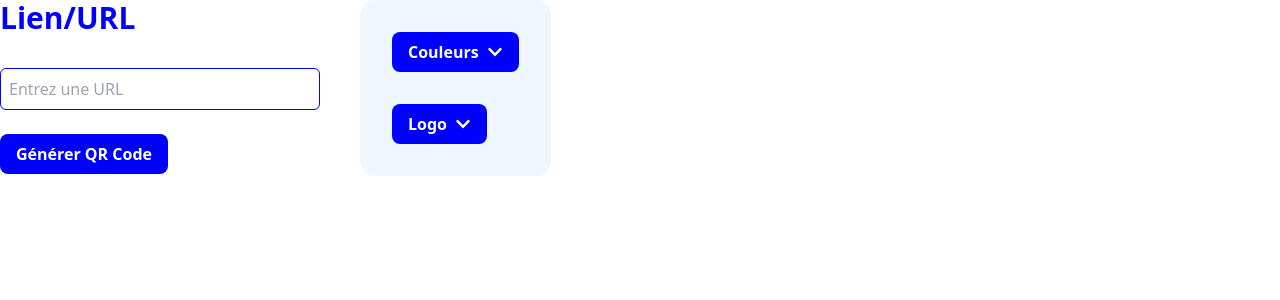
Repository: Atinkpahoun/qrcode
Page: /
The author's editor kept a copy of each file at every save. The page is drawn from the files as they stood at one save, then again after the next save.
The browser window is 1280 px wide. The pictures show the whole page.
Some web fonts or font styles are not loaded; a fallback is used. The project was rebuilt for these pictures with package versions that can differ from the ones it lists, and the page was loaded fresh each time. Also part of the build but not shown: vite.config.js, src/components/image.jsx.

Above is the page before, as saved 2025-03-31 09:59:29.

After the next save:
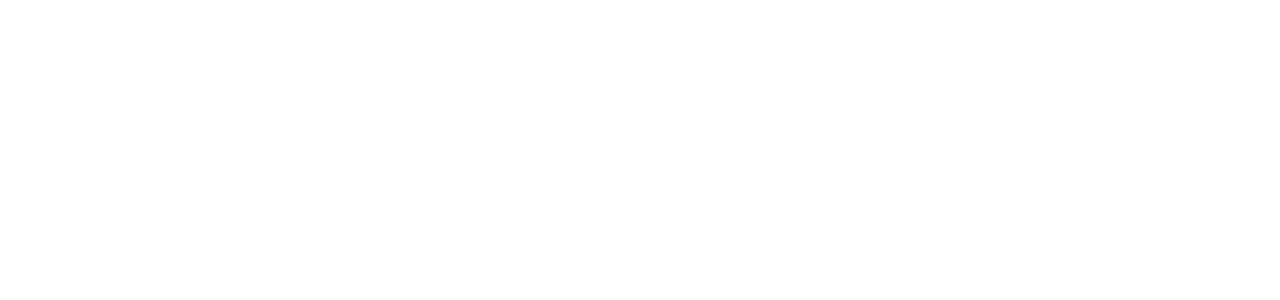
Console error: ReferenceError: handleColorChange is not defined
Saved 118 s later.
--- a/src/components/url.jsx
+++ b/src/components/url.jsx
@@ -199,7 +199,7 @@
             </div>
           )}
 
-          <UploadColors />
+          <UploadColors onColorChange={handleColorChange} />
           <Upload />
         </div>
       </div>

After the save that followed:
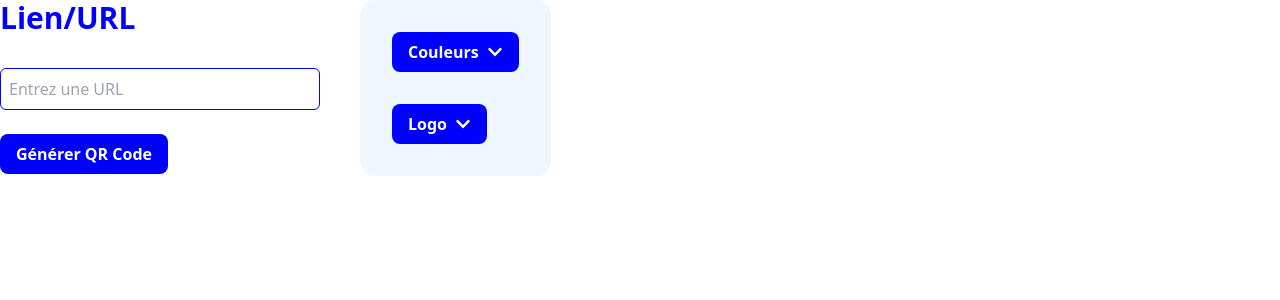
The error is gone.
Saved 27 s later.
--- a/src/components/url.jsx
+++ b/src/components/url.jsx
@@ -53,6 +53,11 @@
     } catch {
       return false;
     }
+  };
+
+  const handleColorChange = (newColor, newBgColor) => {
+    setColor(newColor);
+    setBgColor(newBgColor);
   };
 
   const handleClick = (e) => {
